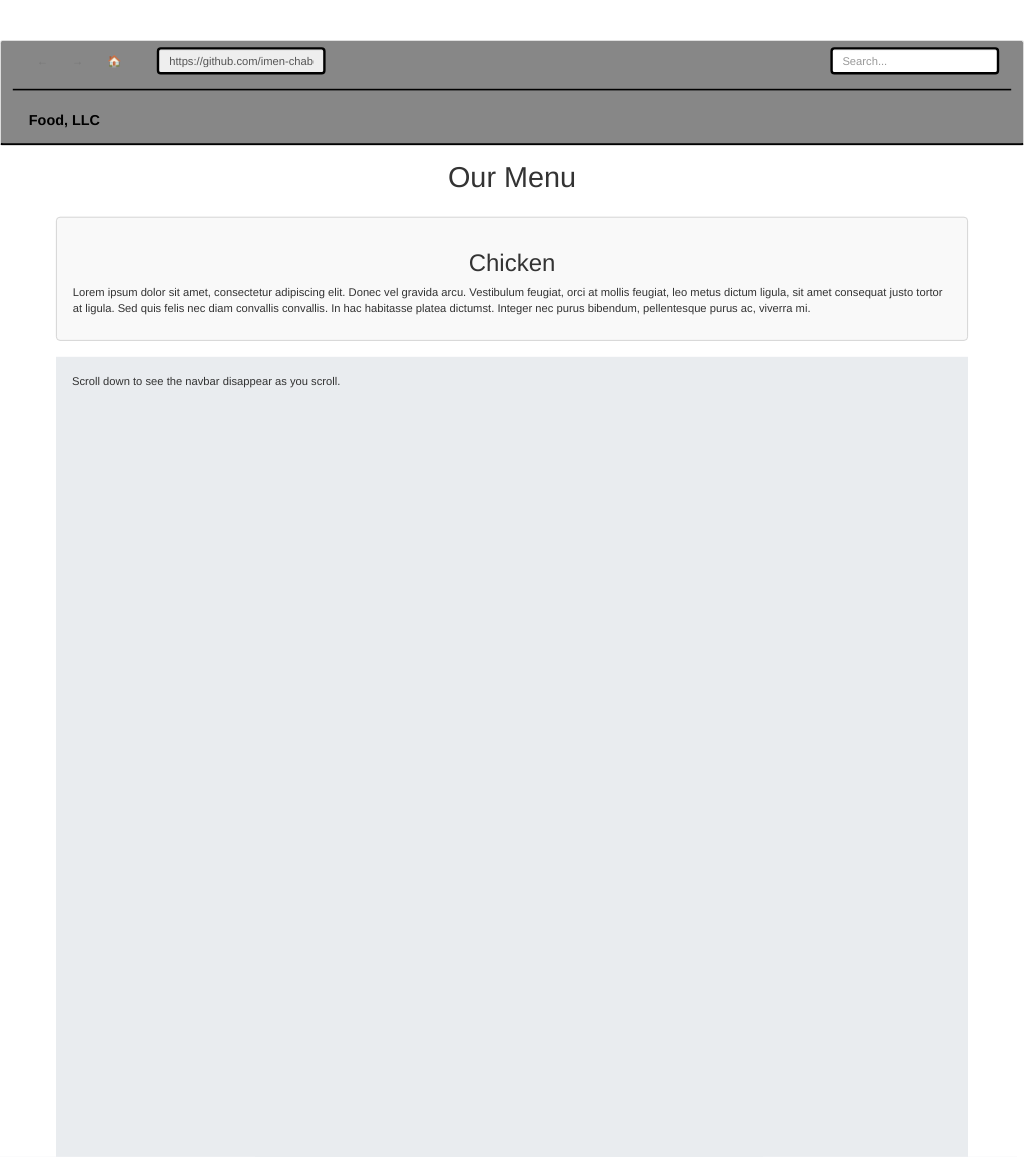
Repository: imen-chabchoub/coursera-test1
Page: mod3-solution/index.html
An editor plug-in stored every save of this project. The page is shown before and after the next save, followed by the edit.
The browser window is 1280 px wide. The pictures show the whole page, at 80% of full size.

Above is the page before, as saved 2025-02-12 15:17:22.

### mod3-solution/index.html
<!DOCTYPE html>
<html lang="en">
<head>
    <meta charset="UTF-8">
    <meta name="viewport" content="width=device-width, initial-scale=1.0">
    <title>Food, LLC</title>
    <link rel="stylesheet" href="https://maxcdn.bootstrapcdn.com/bootstrap/3.3.7/css/bootstrap.min.css">
    <link rel="stylesheet" href="css/style.css">
</head>
<body>
    <!-- Navbar -->
    <nav class="navbar navbar-default">
        <div class="container-fluid">
            <!-- Brand and toggle get grouped for better mobile display -->
            <div class="navbar-header">
                <button type="button" class="navbar-toggle collapsed" data-toggle="collapse" data-target="#navbar-collapse">
                    <span class="sr-only">Toggle navigation</span>
                    <span class="icon-bar"></span>
                    <span class="icon-bar"></span>
                    <span class="icon-bar"></span>
                </button>
            </div>

            <!-- Collect the nav links, forms, and other content for toggling -->
            <div class="collapse navbar-collapse" id="navbar-collapse">
                <ul class="nav navbar-nav">
                    <li><a href="#" class="nav-back">←</a></li>
                    <li><a href="#" class="nav-forward">→</a></li>
                    <li><a href="#" class="nav-home">🏠</a></li>
                </ul>
                <div class="navbar-form navbar-left">
                    <input type="text" class="form-control nav-url" value="https://github.com/imen-chabchoub/coursera-test/tree/module2-solution" readonly>
                </div>
                <div class="navbar-form navbar-right">
                    <input type="text" class="form-control search" placeholder="Search...">
                </div>
            </div><!-- /.navbar-collapse -->
            <div class="navbar-divider"></div>
            <span class="navbar-brand-text">Food, LLC</span>
        </div><!-- /.container-fluid -->
    </nav>

    <!-- Content -->
    <div class="container">
        <h1 class="text-center">Our Menu</h1>
        <div class="row">
            <div class="col-xs-12">
                <div class="menu-section">
                    <h2 class="text-center">Chicken</h2>
                    <p>Lorem ipsum dolor sit amet, consectetur adipiscing elit. Donec vel gravida arcu. Vestibulum feugiat, orci at mollis feugiat, leo metus dictum ligula, sit amet consequat justo tortor at ligula. Sed quis felis nec diam convallis convallis. In hac habitasse platea dictumst. Integer nec purus bibendum, pellentesque purus ac, viverra mi.</p>
                </div>
            </div>
        </div>
        <div class="row">
            <div class="col-xs-12">
                <div class="tall-section">
                    <p>Scroll down to see the navbar disappear as you scroll.</p>
                </div>
            </div>
        </div>
    </div>


    <script src="https://ajax.googleapis.com/ajax/libs/jquery/1.12.4/jquery.min.js"></script>
    <script src="https://maxcdn.bootstrapcdn.com/bootstrap/3.3.7/js/bootstrap.min.js"></script>
</body>
</html>

### mod3-solution/css/style.css
body {
    padding-top: 50px; /* Ensure the content does not overlap the navbar */
}

.navbar {
    margin-bottom: 0;
    background-color: #878787;
    border-bottom: black solid;
}

.navbar-divider {
    border-top: 2px solid black;
    margin-top: 10px;
    margin-bottom: 10px;
}

.navbar-text {
    text-align: center;
    width: 100%;
    padding-top: 10px;
}
.navbar-brand-text {
    font-weight: bold;
    color: black;
    font-size: 18px;
    padding: 15px 20px;
    display: inline-block;
}


.nav-url {
    width: 40%;
    margin: 0 15px;
    border: black solid;
    border-radius: 5px;
    font-size: 14px;
    background-color: #f0f0f0;
}

.search {
    width: 150px;
    border: black solid;
    border-radius: 5px;
}
.menu-section {
    border: 1px solid #ccc;
    padding: 20px;
    margin-top: 20px;
    border-radius: 5px;
    background-color: #f9f9f9;
}

.tall-section {
    height: 1000px;
    background-color: #e9ecef;
    margin-top: 20px;
    padding: 20px;
}

After the next save:
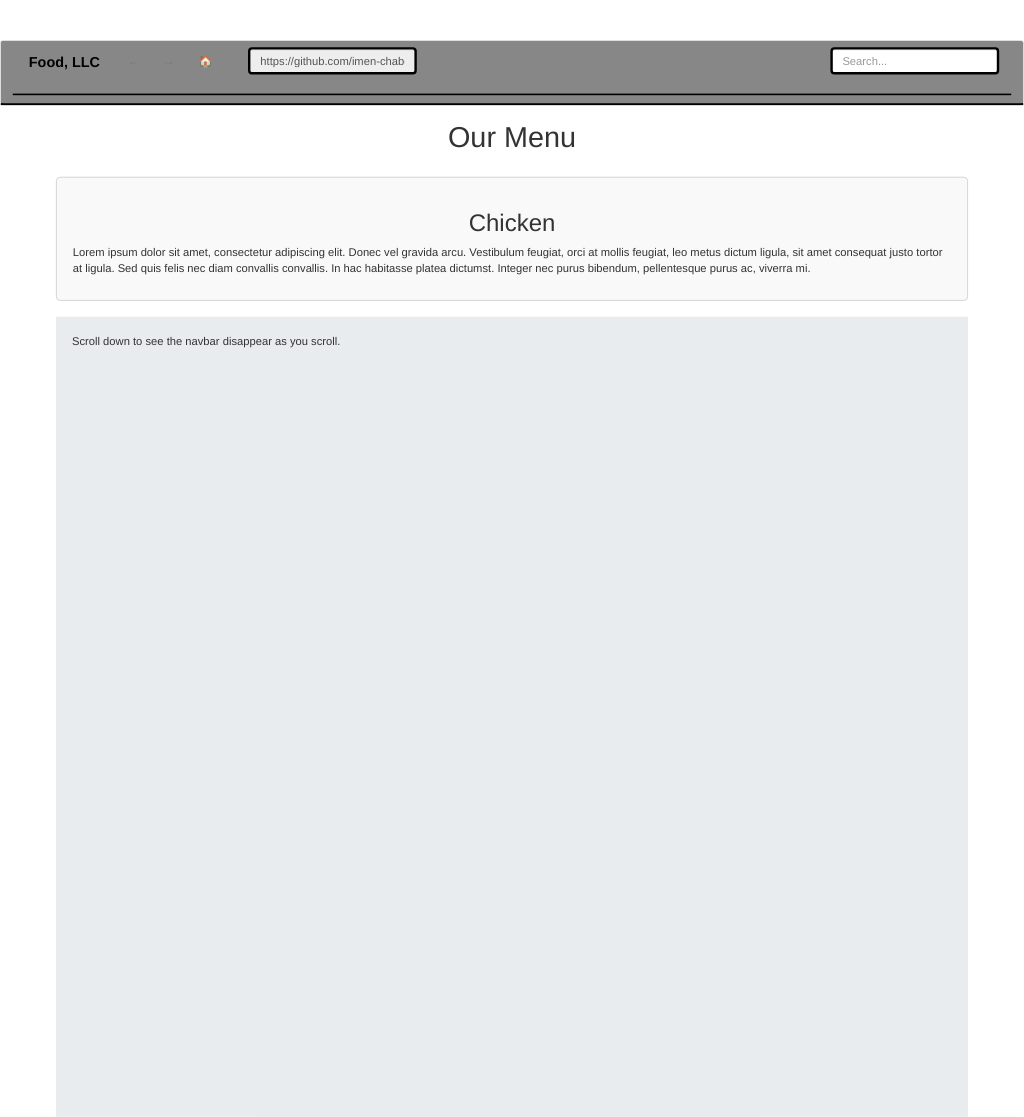
Saved 7 min 23 s later.
--- a/mod3-solution/index.html
+++ b/mod3-solution/index.html
@@ -19,24 +19,29 @@
                     <span class="icon-bar"></span>
                     <span class="icon-bar"></span>
                 </button>
+                <span class="navbar-brand-text">Food, LLC</span>
             </div>
 
             <!-- Collect the nav links, forms, and other content for toggling -->
             <div class="collapse navbar-collapse" id="navbar-collapse">
-                <ul class="nav navbar-nav">
+                <ul class="nav navbar-nav visible-xs">
+                    <li><a href="#">Chicken</a></li>
+                    <li><a href="#">Beef</a></li>
+                    <li><a href="#">Sushi</a></li>
+                </ul>
+                <ul class="nav navbar-nav hidden-xs">
                     <li><a href="#" class="nav-back">←</a></li>
                     <li><a href="#" class="nav-forward">→</a></li>
                     <li><a href="#" class="nav-home">🏠</a></li>
                 </ul>
-                <div class="navbar-form navbar-left">
+                <div class="navbar-form navbar-left hidden-xs">
                     <input type="text" class="form-control nav-url" value="https://github.com/imen-chabchoub/coursera-test/tree/module2-solution" readonly>
                 </div>
-                <div class="navbar-form navbar-right">
+                <div class="navbar-form navbar-right hidden-xs">
                     <input type="text" class="form-control search" placeholder="Search...">
                 </div>
             </div><!-- /.navbar-collapse -->
             <div class="navbar-divider"></div>
-            <span class="navbar-brand-text">Food, LLC</span>
         </div><!-- /.container-fluid -->
     </nav>
 
